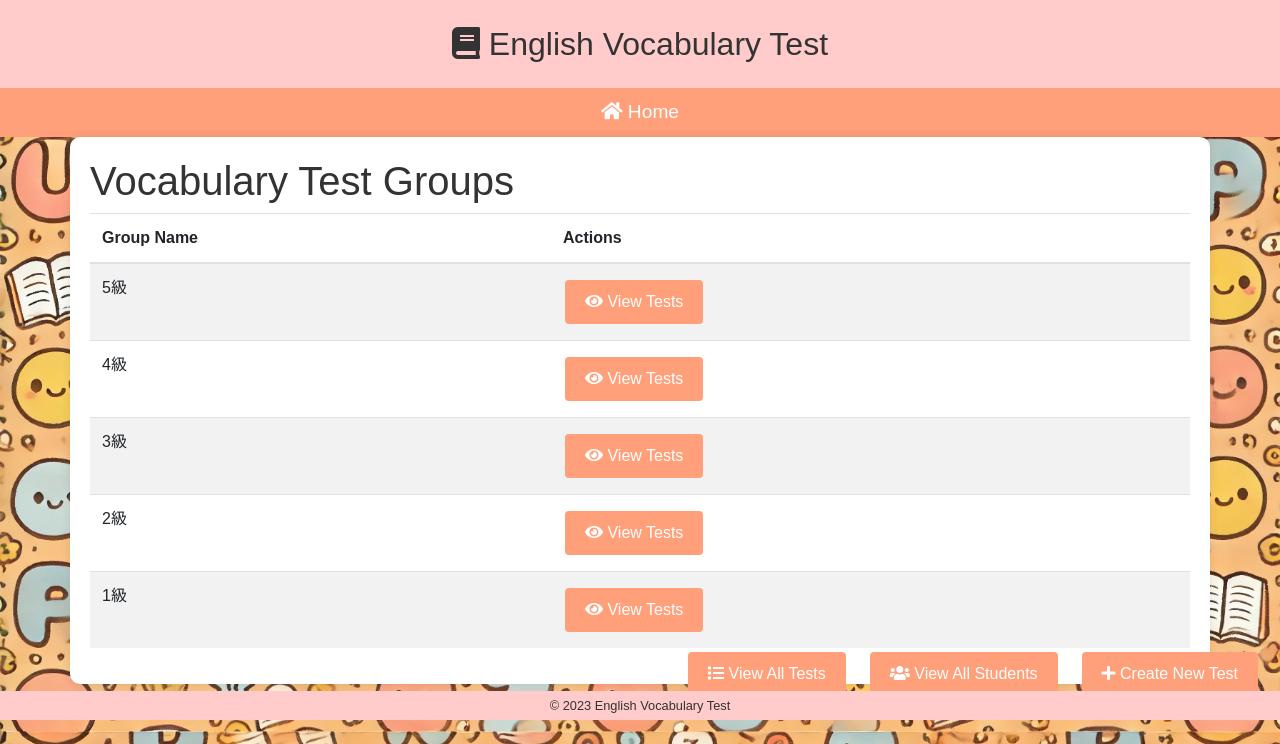
Repository: YamatoGH/testapp
Page: http://localhost/
The author's editor kept a copy of each file at every save. The page is drawn from the files as they stood at one save, then again after the next save.
The browser window is 1280 px wide. The pictures show the whole page.
Backgrounds fixed to the window are drawn as part of the page. The page is served by the project's application, run on Django 5.2 (manage.py). Other server files are loaded and not shown. The page reads the database file committed with the project.

Above is the page before, as saved 2024-07-21 11:09:21.

### testapp/templates/testapp/home.html
{% extends "testapp/base.html" %}

{% block title %}Home{% endblock %}

{% block content %}
<h1>Vocabulary Test Groups</h1>
<table class="table table-striped table-hover">
    <thead>
        <tr>
            <th>Group Name</th>
            <th>Actions</th>
        </tr>
    </thead>
    <tbody>
        {% for group in groups %}
        <tr>
            <td>{{ group.name }}</td>
            <td><a href="{% url 'group_tests' group.id %}" class="btn btn-custom"><i class="fas fa-eye"></i> View Tests</a></td>
        </tr>
        {% endfor %}
    </tbody>
</table>

<div class="fixed-buttons">
    <!-- すべてのテストを表示するボタン -->
    <a href="{% url 'all_tests' %}" class="btn btn-custom"><i class="fas fa-list"></i> View All Tests</a>

    <!-- すべての生徒を表示するボタン -->
    <a href="{% url 'student_list' %}" class="btn btn-custom"><i class="fas fa-users"></i> View All Students</a>

    <!-- 新しいテストを作成するボタン -->
    <a href="{% url 'create_test' %}" class="btn btn-custom"><i class="fas fa-plus"></i> Create New Test</a>
</div>

{% endblock %}

### testapp/templates/testapp/base.html
<!DOCTYPE html>
<html>
<head>
    {% load static %}
    <title>{% block title %}English Vocabulary Test{% endblock %}</title>
    <link rel="stylesheet" href="https://stackpath.bootstrapcdn.com/bootstrap/4.3.1/css/bootstrap.min.css">
    <link rel="stylesheet" href="https://cdnjs.cloudflare.com/ajax/libs/font-awesome/5.15.3/css/all.min.css">
    <link rel="stylesheet" type="text/css" href="{% static 'testapp/css/style.css' %}">
</head>
<body>
    <header>
        <i class="fas fa-book"></i> English Vocabulary Test
    </header>
    <nav>
        <a href="{% url 'home' %}"><i class="fas fa-home"></i> Home</a>
    </nav>
    <div class="container">
        {% block content %}{% endblock %}
    </div>
    <footer>
        &copy; 2023 English Vocabulary Test
    </footer>
</body>
<script>
    document.addEventListener("DOMContentLoaded", function() {
        var coll = document.getElementsByClassName("collapsible");
        for (var i = 0; i < coll.length; i++) {
            coll[i].addEventListener("click", function() {
                this.classList.toggle("active");
                var content = this.nextElementSibling;
                if (content.style.display === "block") {
                    content.style.display = "none";
                } else {
                    content.style.display = "block";
                }
            });
        }
    });
</script>
</html>

### testapp/models.py
from django.db import models

class Group(models.Model):
    name = models.CharField(max_length=100)

    def __str__(self):
        return self.name

class Test(models.Model):
    title = models.CharField(max_length=100)
    description = models.TextField(null=True, blank=True)
    words = models.ManyToManyField('Word', blank=True)
    group = models.ForeignKey(Group, on_delete=models.CASCADE, related_name='tests', null=True, blank=True)

    def __str__(self):
        return self.title

class Word(models.Model):
    word = models.CharField(max_length=100)
    meaning = models.CharField(max_length=255)

    def __str__(self):
        return self.word

class Student(models.Model):
    name = models.CharField(max_length=100)

    def __str__(self):
        return f"{self.name} "

### testapp/views.py
import csv
import pandas as pd
from django.shortcuts import render, redirect, get_object_or_404
from django.forms import formset_factory
from .forms import TestForm, WordForm
from .models import Word, Test, Group, Student
import random

def create_test(request):
    WordFormSet = formset_factory(WordForm, extra=1)
    if request.method == 'POST':
        form = TestForm(request.POST, request.FILES)
        formset = WordFormSet(request.POST, prefix='words')
        if form.is_valid() and formset.is_valid():
            test = form.save(commit=False)
            test.save()
            for word_form in formset:
                word = word_form.cleaned_data.get('word')
                meaning = word_form.cleaned_data.get('meaning')
                if word and meaning:
                    word_obj, created = Word.objects.get_or_create(word=word, meaning=meaning)
                    test.words.add(word_obj)
            if 'file' in request.FILES:
                file = request.FILES['file']
                if file.name.endswith('.csv'):
                    reader = csv.reader(file.read().decode('utf-8').splitlines())
                    for row in reader:
                        if len(row) == 2:
                            word, meaning = row
                            word_obj, created = Word.objects.get_or_create(word=word.strip(), meaning=meaning.strip())
                            test.words.add(word_obj)
                elif file.name.endswith('.xlsx'):
                    df = pd.read_excel(file)
                    for _, row in df.iterrows():
                        if len(row) >= 2:
                            word, meaning = row[0], row[1]
                            word_obj, created = Word.objects.get_or_create(word=word.strip(), meaning=meaning.strip())
                            test.words.add(word_obj)
            return redirect('home')
    else:
        form = TestForm()
        formset = WordFormSet(prefix='words')
    return render(request, 'testapp/create_test.html', {'form': form, 'formset': formset})

def all_tests(request):
    tests = Test.objects.all()
    return render(request, 'testapp/all_tests.html', {'tests': tests})

def group_tests(request, group_id):
    group = get_object_or_404(Group, id=group_id)
    tests = group.tests.all()  # 'tests' は 'related_name' に基づく
    return render(request, 'testapp/group_tests.html', {'group': group, 'tests': tests})

def home(request):
    groups = Group.objects.all()
    return render(request, 'testapp/home.html', {'groups': groups})

def test_detail(request, test_id):
    test = get_object_or_404(Test, id=test_id)
    words = test.words.all()
    return render(request, 'testapp/test_detail.html', {'test': test, 'words': words})

def print_test(request, test_id, start_index, end_index, shuffle):
    test = get_object_or_404(Test, id=test_id)
    words = list(test.words.all())
    if shuffle == 'yes':
        random.shuffle(words)
    words = words[start_index:end_index]
    return render(request, 'testapp/print_test.html', {'test': test, 'words': words})

def print_test_with_answers(request, test_id, start_index, end_index, shuffle):
    test = get_object_or_404(Test, id=test_id)
    words = list(test.words.all())
    if shuffle == 'yes':
        random.shuffle(words)
    words = words[start_index:end_index]
    return render(request, 'testapp/print_test_with_answers.html', {'test': test, 'words': words})

def student_list(request):
    students = Student.objects.all()
    return render(request, 'testapp/student_list.html', {'students': students})

### vocab_test/urls.py
"""
URL configuration for vocab_test project.

The `urlpatterns` list routes URLs to views. For more information please see:
    https://docs.djangoproject.com/en/5.0/topics/http/urls/
Examples:
Function views
    1. Add an import:  from my_app import views
    2. Add a URL to urlpatterns:  path('', views.home, name='home')
Class-based views
    1. Add an import:  from other_app.views import Home
    2. Add a URL to urlpatterns:  path('', Home.as_view(), name='home')
Including another URLconf
    1. Import the include() function: from django.urls import include, path
    2. Add a URL to urlpatterns:  path('blog/', include('blog.urls'))
"""
from django.contrib import admin
from django.urls import include, path

urlpatterns = [
    path('admin/', admin.site.urls),
    path('', include('testapp.urls')),
]

### testapp/urls.py
from django.conf import settings
from django.conf.urls.static import static
from django.urls import path
from . import views

urlpatterns = [
    path('', views.home, name='home'),
    path('test/<int:test_id>/', views.test_detail, name='test_detail'),
    path('print-test/<int:test_id>/<int:start_index>/<int:end_index>/<str:shuffle>/', views.print_test, name='print_test'),
    path('print-test-with-answers/<int:test_id>/<int:start_index>/<int:end_index>/<str:shuffle>/', views.print_test_with_answers, name='print_test_with_answers'),
    path('create-test/', views.create_test, name='create_test'),
    path('group-tests/<int:group_id>/', views.group_tests, name='group_tests'),
    path('all-tests/', views.all_tests, name='all_tests'),
    path('students/', views.student_list, name='student_list'),
]

if settings.DEBUG:
    urlpatterns += static(settings.STATIC_URL, document_root=settings.STATIC_ROOT)

### testapp/static/testapp/css/style.css
body {
    font-family: 'Comic Sans MS', cursive, sans-serif;
    background-color: #f0f8ff;
    color: #333;
    margin: 0;
    padding: 0;
    background-image: url('/static/testapp/images/background.jpg'); /* ここに背景画像のURLを入力 */
    background-size: cover;
    background-repeat: no-repeat;
    background-attachment: fixed; /* 背景画像を固定 */
    display: flex;
    flex-direction: column;
    min-height: 100vh;
}

header {
    background-color: #ffcccb;
    padding: 20px;
    text-align: center;
    font-size: 2em;
    color: #333;
}

nav {
    background-color: #ffa07a;
    padding: 10px;
    text-align: center;
}

nav a {
    margin: 0 15px;
    color: #fff;
    text-decoration: none;
    font-size: 1.2em;
}

nav a:hover {
    text-decoration: underline;
}

.container {
    flex: 1;  /* Main content will take all available space */
    padding: 20px;
    background-color: rgba(255, 255, 255, 1.0);
    border-radius: 10px;
    box-shadow: 0 0 10px rgba(0, 0, 0, 0.1);
    margin-bottom: 60px;  /* Add some space at the bottom to avoid overlap with the footer */
}

footer {
    background-color: #ffcccb;
    padding: 5px;  /* Adjusted padding */
    text-align: center;
    font-size: 0.8em;  /* Adjusted font size */
    position: fixed;
    width: 100%;
    bottom: 0;
}

.btn-custom {
    background-color: #ffa07a;
    border: none;
    color: white;
    padding: 10px 20px;
    text-align: center;
    text-decoration: none;
    display: inline-block;
    font-size: 16px;
    margin: 4px 2px;
    transition-duration: 0.4s;
    cursor: pointer;
}

.btn-custom:hover {
    background-color: white;
    color: black;
    border: 2px solid #ffa07a;
}

.collapsible {
    cursor: pointer;
    padding: 10px;
    width: 100%;
    border: none;
    text-align: center;
    outline: none;
    font-size: 1em;
}

.active, .collapsible:hover {
    background-color: #ddd;
}

.collapsible-content {
    display: none;
    overflow: hidden;
    padding: 0 10px;
}

.fixed-buttons {
    position: fixed;
    bottom: 20px;
    right: 20px;
    display: flex;
    gap: 20px;
}

.all-tests-button, .create-test-button, .view-all-students-button {
    position: fixed;
    bottom: 20px;
    background-color: #007bff;
    color: white;
    padding: 10px 20px;
    border-radius: 5px;
    text-decoration: none;
    box-shadow: 0 2px 5px rgba(0,0,0,0.2);
    transition: background-color 0.3s ease;
}

.all-tests-button:hover, .create-test-button:hover, .view-all-students-button:hover {
    background-color: #0056b3;
}

.all-tests-button {
    right: 20px;
}

.create-test-button {
    right: 200px; /* 調整可能な距離 */
}

.view-all-students-button {
    right: 380px; /* Adjust as needed */
}

### db.sqlite3 (the tables this page reads, as SQL)
CREATE TABLE "testapp_group" ("id" integer NOT NULL PRIMARY KEY AUTOINCREMENT, "name" varchar(100) NOT NULL);
INSERT INTO "testapp_group" VALUES
(3, '5級'),
(5, '4級'),
(6, '3級'),
(7, '2級'),
(8, '1級');

After the next save:
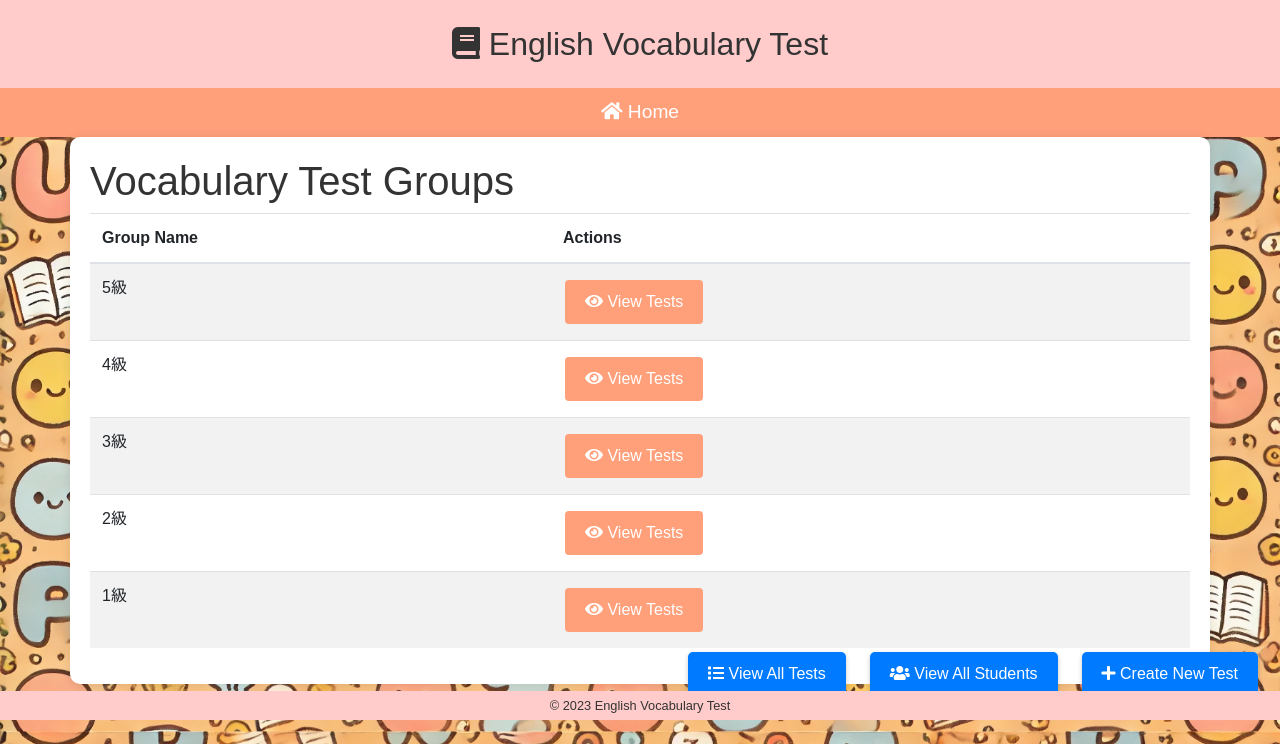
Saved 18 s later.
--- a/testapp/static/testapp/css/style.css
+++ b/testapp/static/testapp/css/style.css
@@ -105,9 +105,7 @@ footer {
     gap: 20px;
 }
 
-.all-tests-button, .create-test-button, .view-all-students-button {
-    position: fixed;
-    bottom: 20px;
+.fixed-buttons .btn-custom {
     background-color: #007bff;
     color: white;
     padding: 10px 20px;
@@ -115,20 +113,9 @@ footer {
     text-decoration: none;
     box-shadow: 0 2px 5px rgba(0,0,0,0.2);
     transition: background-color 0.3s ease;
+    z-index: 1000;  /* Ensure buttons are above other content */
 }
 
-.all-tests-button:hover, .create-test-button:hover, .view-all-students-button:hover {
+.fixed-buttons .btn-custom:hover {
     background-color: #0056b3;
 }
-
-.all-tests-button {
-    right: 20px;
-}
-
-.create-test-button {
-    right: 200px; /* 調整可能な距離 */
-}
-
-.view-all-students-button {
-    right: 380px; /* Adjust as needed */
-}
